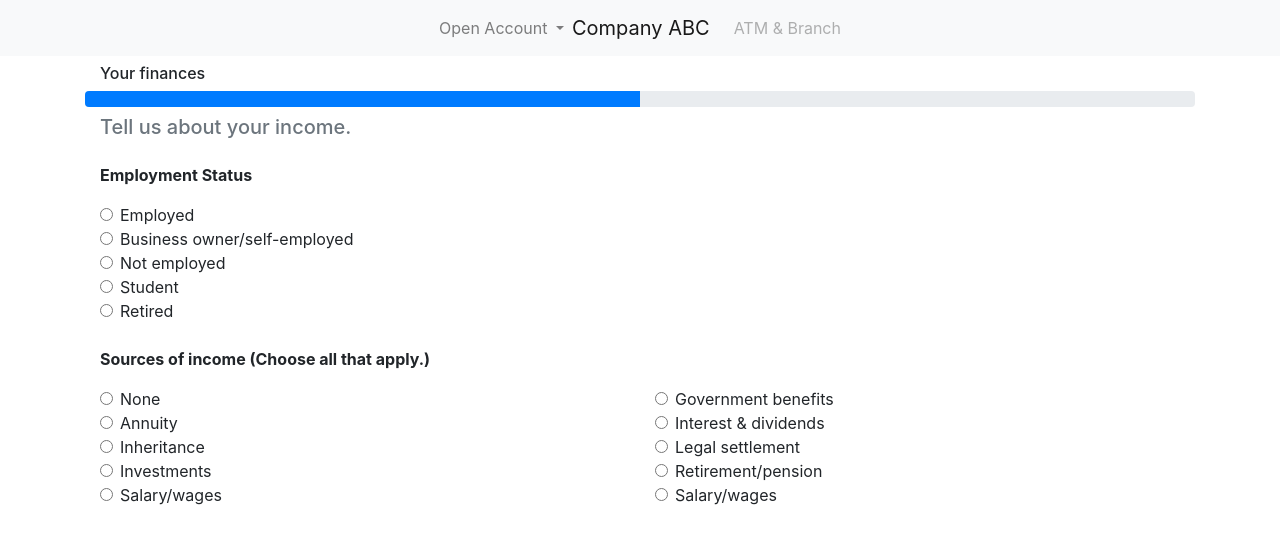
Repository: barriosan95/banking-opening-account-demo
Page: http://localhost/checking/application/customerInfo/finances
The author's editor kept a record of every edit. The page is drawn from the files as they stood at one moment, then again after the next edit.
The browser window is 1280 px wide. The pictures show the whole page.
Some web fonts or font styles are not loaded; a fallback is used. Some web libraries are served in a nearby version. The page is served by the project's Node server (index.js).

Above is the page before.

After the next edit:
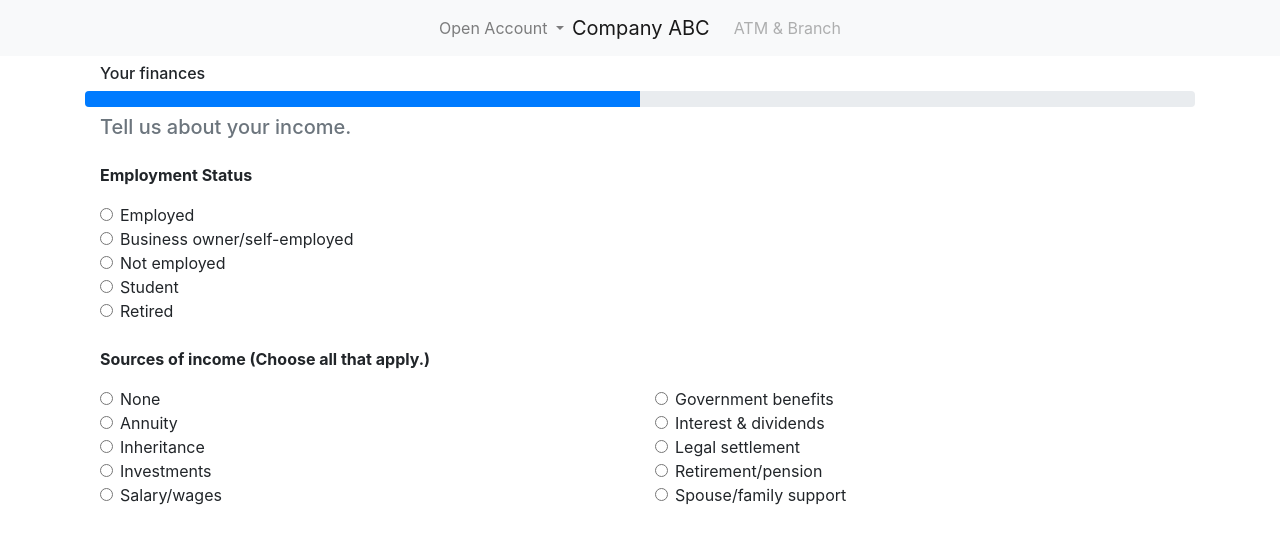
The edit:
--- a/views/finances_app.ejs
+++ b/views/finances_app.ejs
@@ -103,7 +103,7 @@
                     </div>
                     <div class="form-check">
                         <label class="form-check-label">
-                              <input class="form-check-input" type="radio" name="Salary" id="Salary" value="Salary"> Salary/wages
+                              <input class="form-check-input" type="radio" name="Spouse/family" id="Spouse/family" value="Spouse/family"> Spouse/family support
                         </label>
                     </div>
                 </div>
